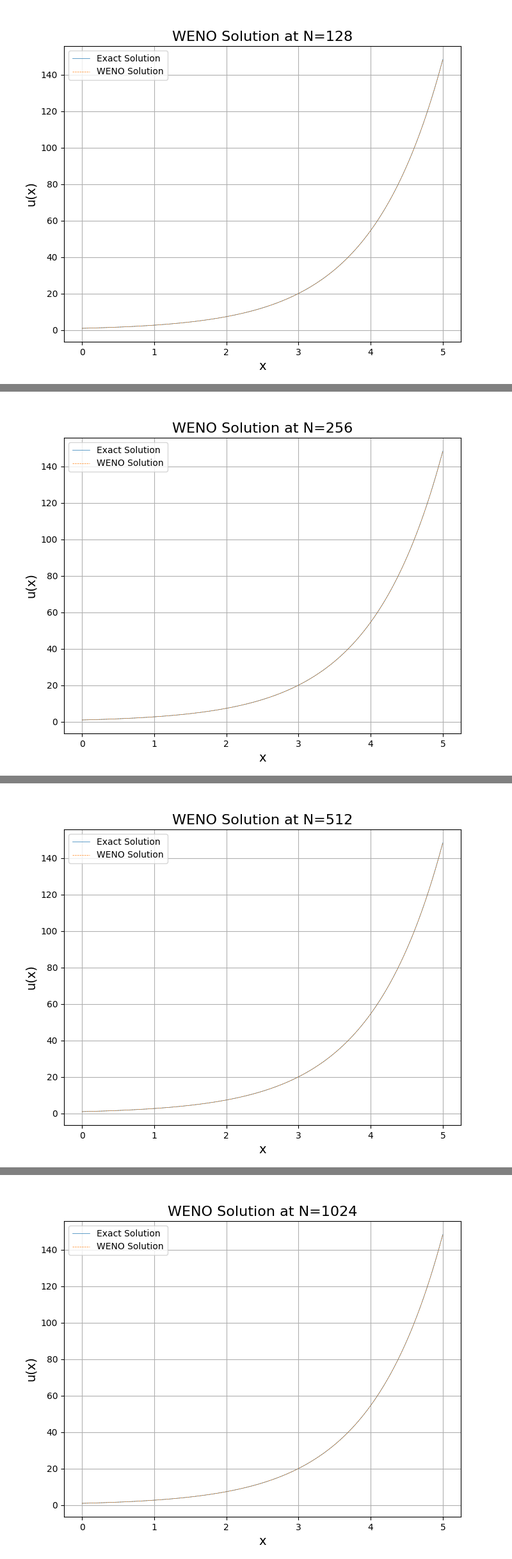
Repository: mishiroo/WENO
Script's output: python main.py
The author's editor kept a copy of each file at every save. The script's output is drawn from the files as they stood at one save, then again after a run of saves.
The pictures are shown at 64% of full size.
Each picture stacks the figures in order, with grey between them; figures that are only written to a file come last. Random numbers start from a fixed seed.

Above is the script's output before, as saved 2024-12-12 21:19:08.

After the next 2 saves:
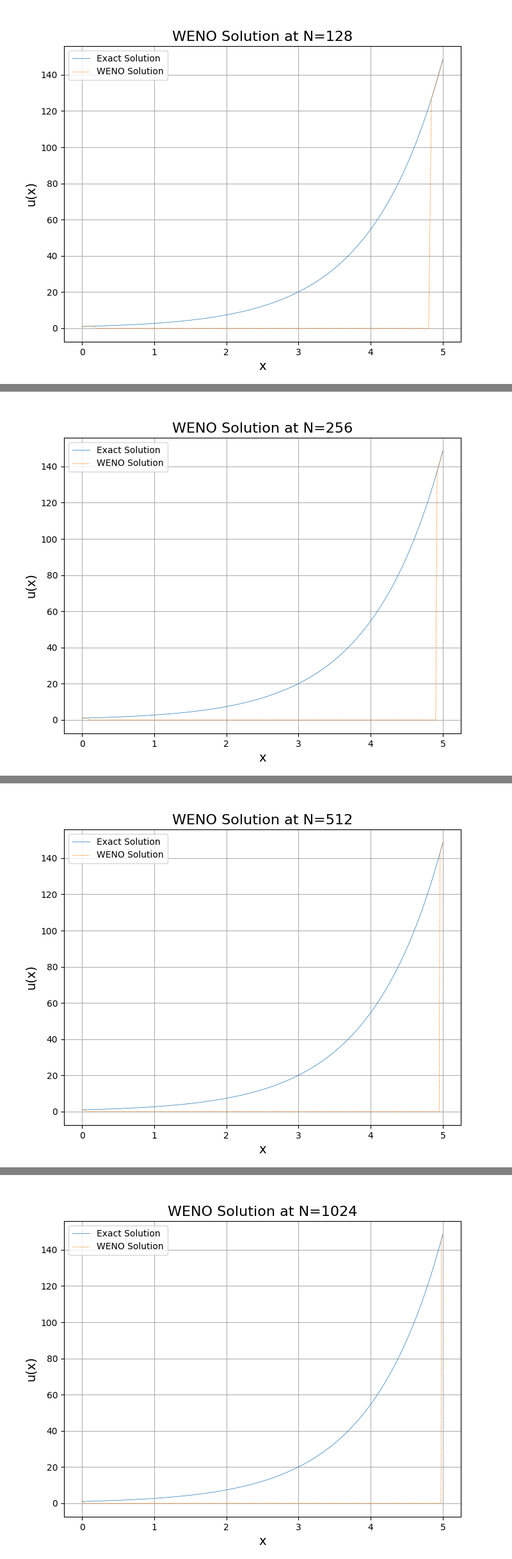
The 2 saves are shown as one change because 1 did not build or start.
The last was saved 19 h 1 min later.
--- a/main.py
+++ b/main.py
@@ -14,12 +14,11 @@ for n in NList:
     mesh = WENO.Mesh(0, 5, n)  # 实例化的Mesh mesh.mesh访问网格本身
     mesh.SetTestAverageValues()
     theo_values = np.exp(mesh.mesh)
-    weno = WENO.WENO1D(mesh=mesh.mesh, avg_values=mesh.avg_values, k=3)
+    weno = WENO.WENO1D(mesh=mesh.mesh, avg_values=mesh.avg_values, k=5)
 
-    # weno5_solution = weno.Reconstruct()
     # 模板为5的计算结果
-    # weno5_solution = weno.StencilReconstruct_all()
-    weno.Reconstruct()
+    weno5_solution = weno.StencilReconstruct_all()
+    # weno.Reconstruct()
     # 处理边界条件
     weno.BoundaryTreatment(theo_values)
     weno5_solution = weno._solution
